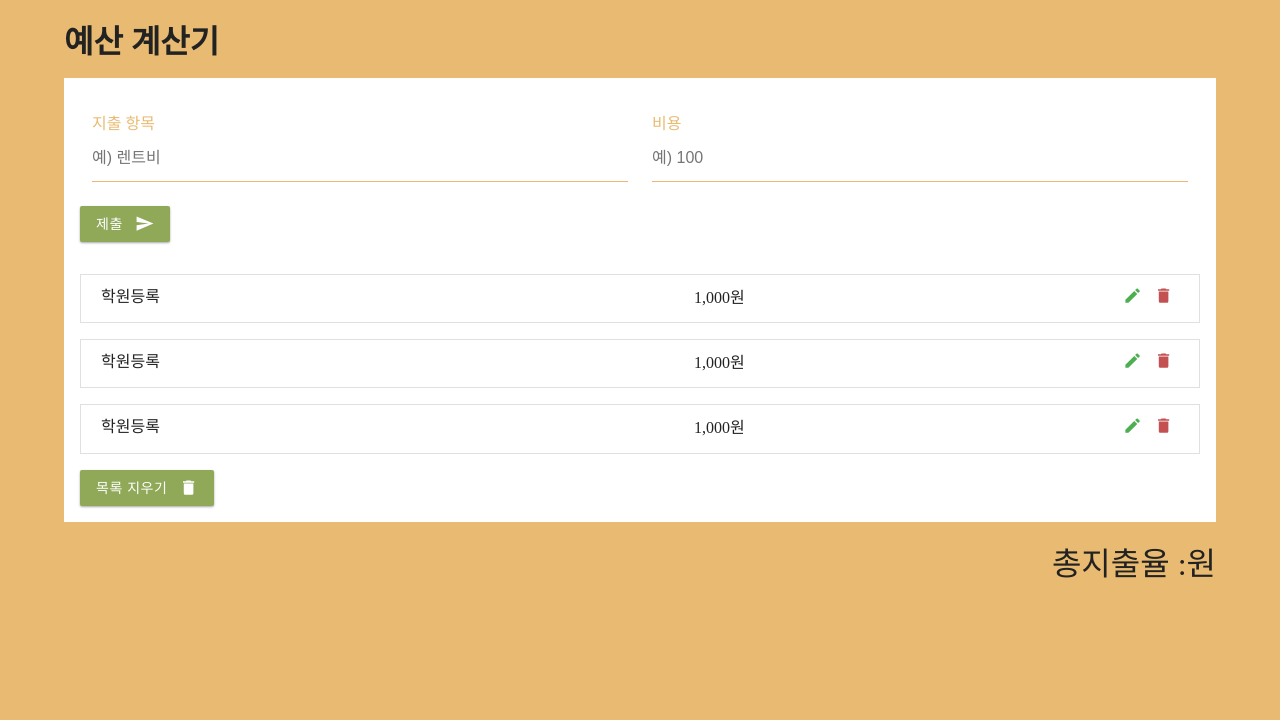
Repository: jongheonleee/budget_calculator
Page: /
The author's editor kept a copy of each file at every save. The page is drawn from the files as they stood at one save, then again after the next save.
The browser window is 1280 px wide. The pictures show the whole page.
The project was rebuilt for these pictures with package versions that can differ from the ones it lists, and the page was loaded fresh each time.

Above is the page before, as saved 2025-02-08 13:24:16.

After the next save:
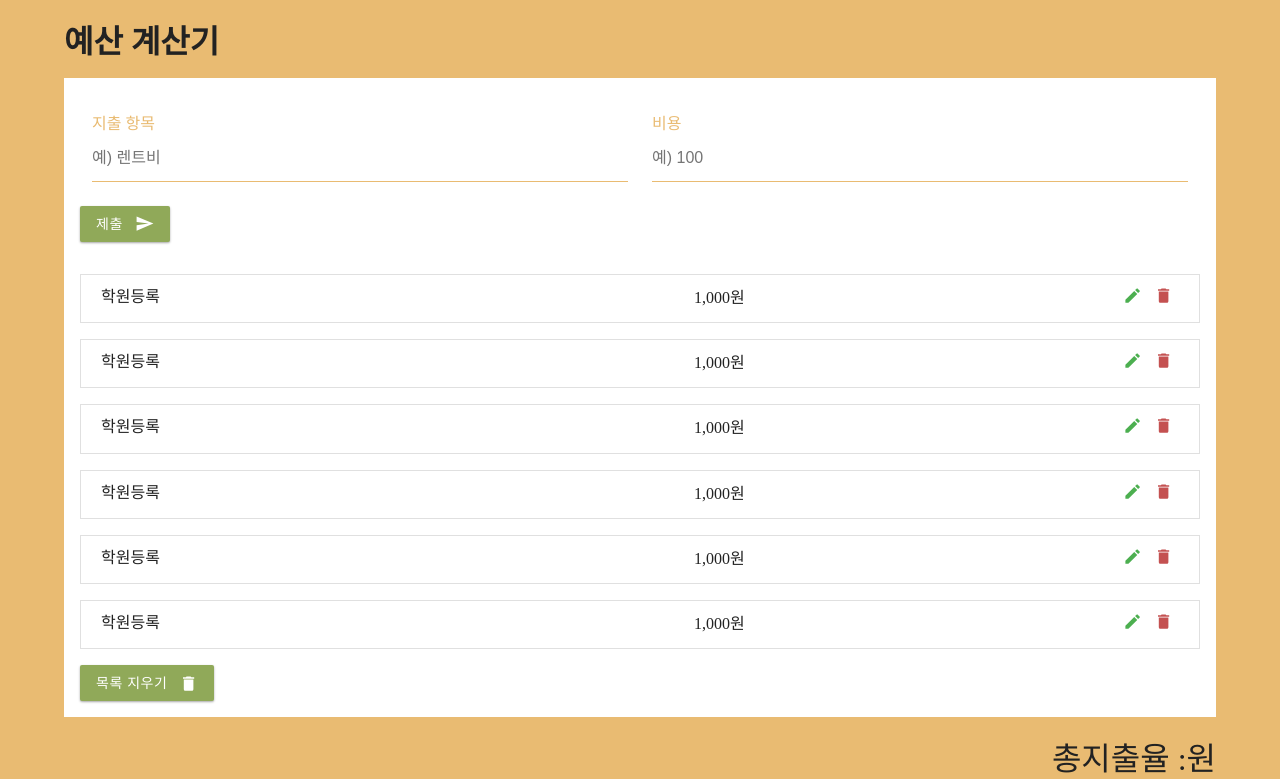
Saved 3 min 14 s later.
--- a/src/components/ExpenseList.js
+++ b/src/components/ExpenseList.js
@@ -13,6 +13,11 @@
       <>
         <ul className='list'>
             {/* Expense Item */}
+            {this.props.initialExpenses.map(expense => {
+                return (
+                  <ExpenseItem expense={{expense}} />
+                )
+            })}
             <ExpenseItem />
             <ExpenseItem />
             <ExpenseItem />

After the save that followed:
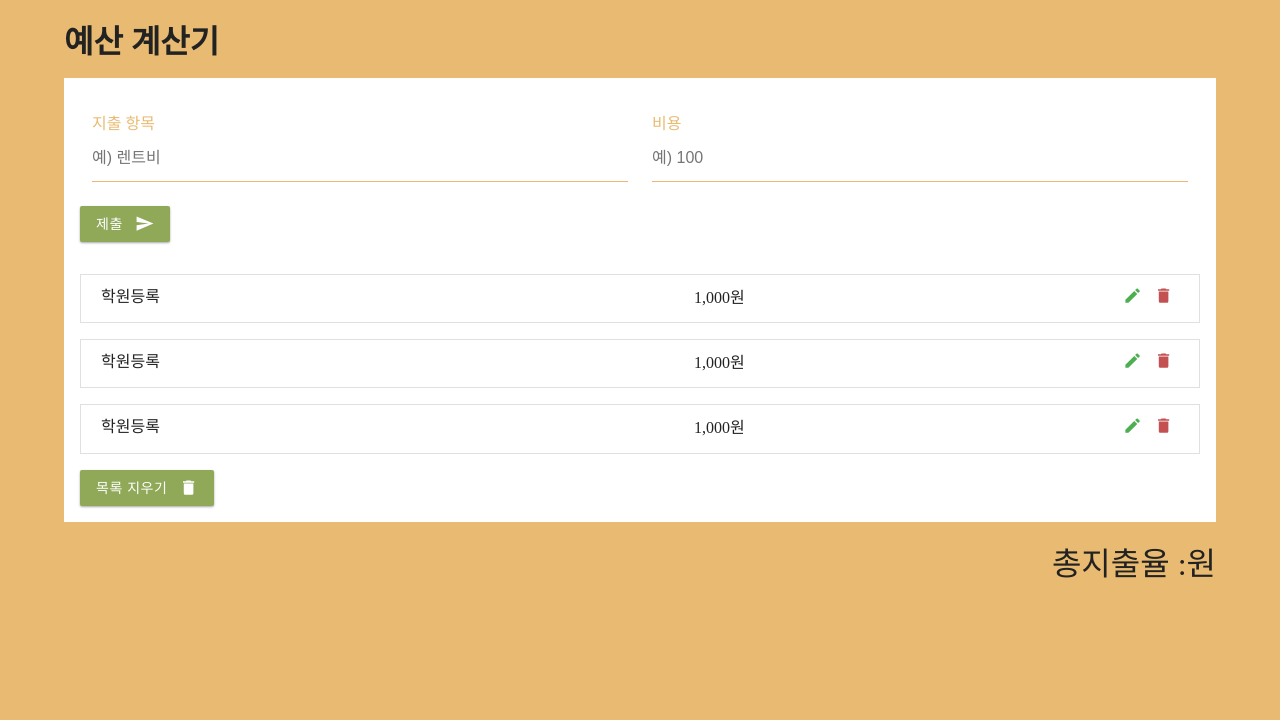
Saved 6 s later.
--- a/src/components/ExpenseList.js
+++ b/src/components/ExpenseList.js
@@ -18,9 +18,6 @@
                   <ExpenseItem expense={{expense}} />
                 )
             })}
-            <ExpenseItem />
-            <ExpenseItem />
-            <ExpenseItem />
         </ul>
         <button className='btn'>
             목록 지우기
